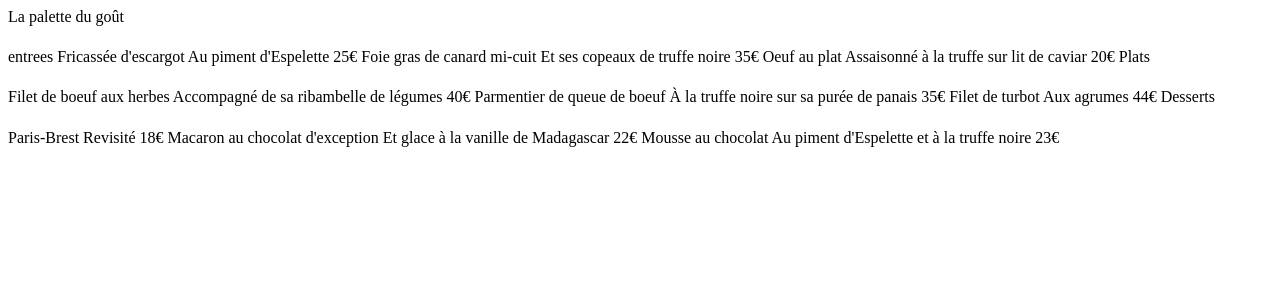
Repository: lysianebo/OHMYFOOD
Page: la_palette_du_goût.html
These files come from the project's save history. The page is drawn as it stood at one moment and after the next save; the edit follows.
The browser window is 1280 px wide. The pictures show the whole page.

Above is the page before, as saved 2022-10-22 15:14:57.

### la_palette_du_goût.html
<!DOCTYPE html>
<html lang="en">
<head>
    <meta charset="UTF-8">
    <meta http-equiv="X-UA-Compatible" content="IE=edge">
    <meta name="viewport" content="width=device-width, initial-scale=1.0">
    <title>Document</title>
</head>
<body>
    La palette du goût

    <h5></h5>entrees
    Fricassée d'escargot
    Au piment d'Espelette
    25€

    Foie gras de canard mi-cuit
    Et ses copeaux de truffe noire
    35€

    Oeuf au plat
    Assaisonné à la truffe sur lit de caviar
    20€


    Plats <h5></h5>
    Filet de boeuf aux herbes
    Accompagné de sa ribambelle de légumes
    40€

    Parmentier de queue de boeuf
    À la truffe noire sur sa purée de panais
    35€

    Filet de turbot
    Aux agrumes
    44€

    Desserts <h5></h5>
    Paris-Brest
    Revisité
    18€

    Macaron au chocolat d'exception
    Et glace à la vanille de Madagascar
    22€

    Mousse au chocolat
    Au piment d'Espelette et à la truffe noire
    23€

</body>
</html>

After the next save:
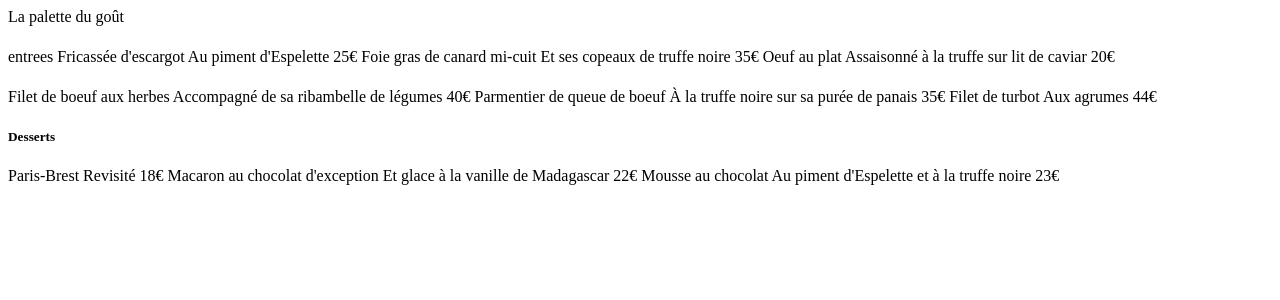
Saved 14 s later.
--- a/la_palette_du_goût.html
+++ b/la_palette_du_goût.html
@@ -23,7 +23,7 @@
     20€
 
 
-    Plats <h5></h5>
+  <h5></h5>
     Filet de boeuf aux herbes
     Accompagné de sa ribambelle de légumes
     40€
@@ -36,7 +36,7 @@
     Aux agrumes
     44€
 
-    Desserts <h5></h5>
+   <h5> Desserts </h5>
     Paris-Brest
     Revisité
     18€
